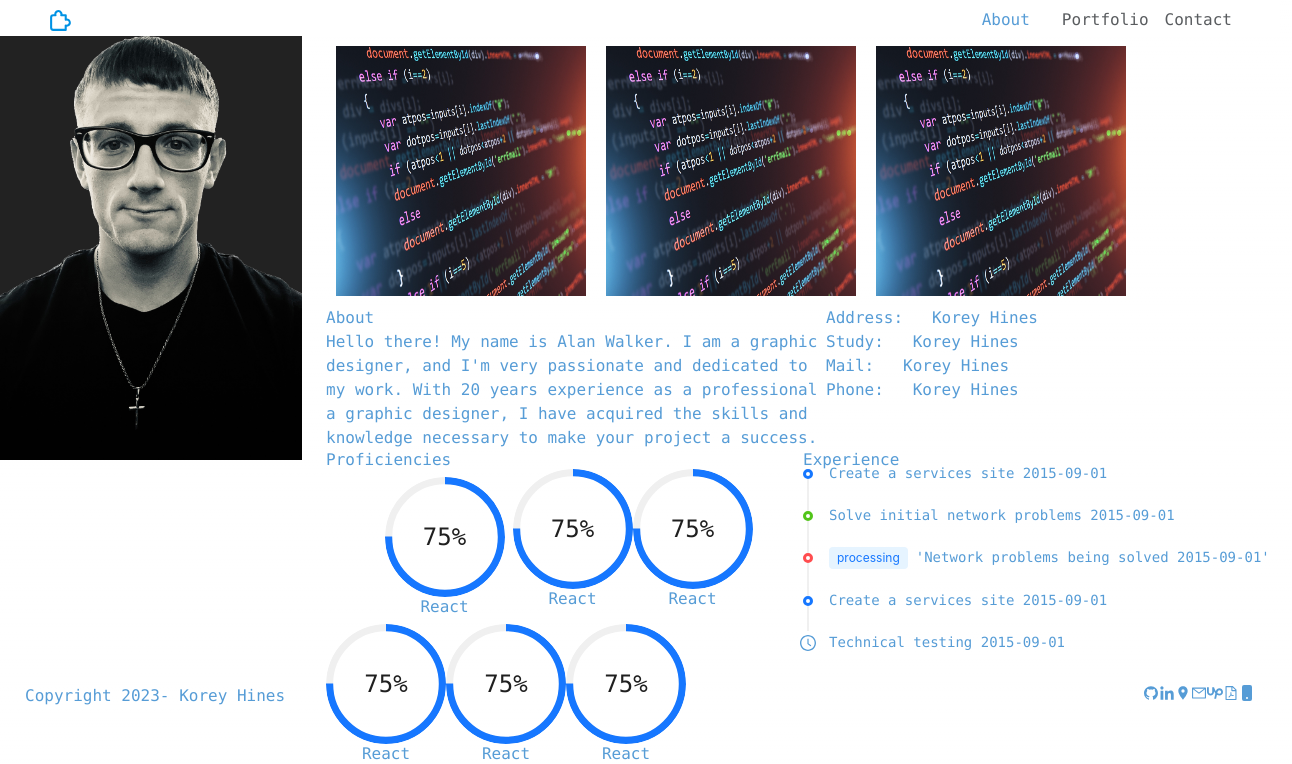
Repository: devkthines/next-portfolio-v2
Page: /about
The author's editor kept a copy of each file at every save. The page is drawn from the files as they stood at one save, then again after the next save.
The browser window is 1280 px wide. The page is 1292 px wide, so the pictures cover 1292 px, including what lies to the right of the window. The pictures show the whole page.
The project was rebuilt for these pictures with package versions that can differ from the ones it lists, and the page was loaded fresh each time. The framework's server and built-in components were replaced by stand-ins that run in the browser. Also part of the build but not shown: next.config.js.

Above is the page before, as saved 2023-09-25 22:31:56.

After the next save:
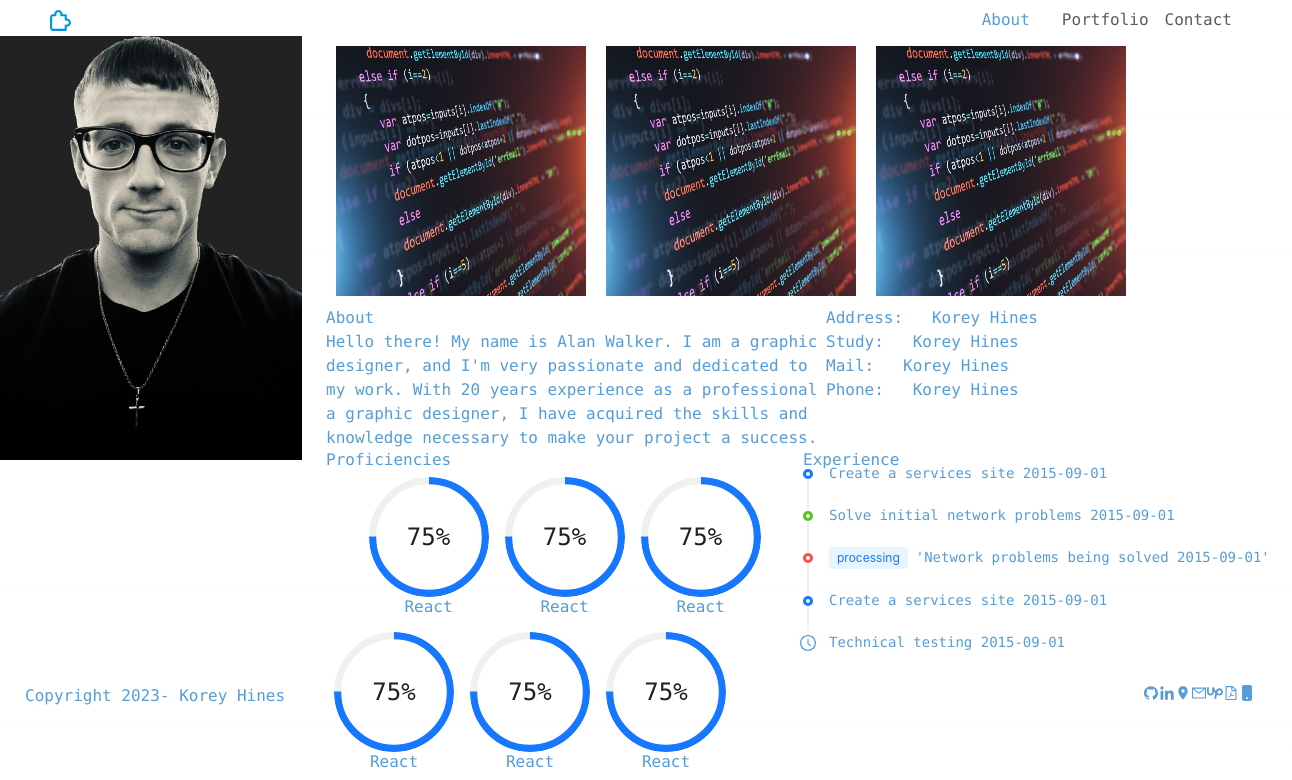
Saved 15 s later.
--- a/src/app/about/page.js
+++ b/src/app/about/page.js
@@ -78,13 +78,13 @@ export default function About() {
                 <h1>Proficiencies</h1>
                 <div className='d-flex justify-content-center'>
                   <div className='text-center m-2'><Progress strokeLinecap="butt" type="circle" percent={75} /><h6>React</h6></div>
-                  <div className='text-center'><Progress strokeLinecap="butt" type="circle" percent={75} /><h6>React</h6></div>
-                  <div className='text-center'><Progress strokeLinecap="butt" type="circle" percent={75} /><h6>React</h6></div>
+                  <div className='text-center m-2'><Progress strokeLinecap="butt" type="circle" percent={75} /><h6>React</h6></div>
+                  <div className='text-center m-2'><Progress strokeLinecap="butt" type="circle" percent={75} /><h6>React</h6></div>
                 </div>
                 <div className='d-flex'>
-                  <div className='text-center'><Progress strokeLinecap="butt" type="circle" percent={75} /><h6>React</h6></div>
-                  <div className='text-center'><Progress strokeLinecap="butt" type="circle" percent={75} /><h6>React</h6></div>
-                  <div className='text-center'><Progress strokeLinecap="butt" type="circle" percent={75} /><h6>React</h6></div>
+                  <div className='text-center m-2'><Progress strokeLinecap="butt" type="circle" percent={75} /><h6>React</h6></div>
+                  <div className='text-center m-2'><Progress strokeLinecap="butt" type="circle" percent={75} /><h6>React</h6></div>
+                  <div className='text-center m-2'><Progress strokeLinecap="butt" type="circle" percent={75} /><h6>React</h6></div>
                 </div>
               </div>
               <div id='timeline'>
